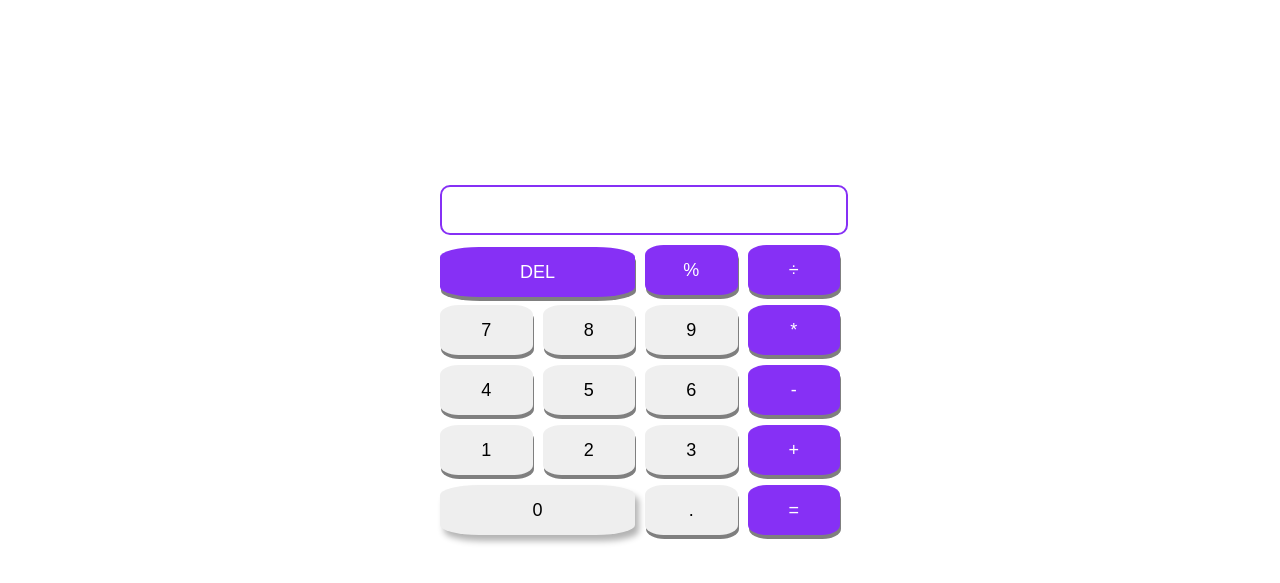
Repository: zlazlazla35/calculator
Page: /, after clicking the first element matching `button.sc-fhHczv`
These files come from the project's save history. The page is drawn as it stood at one moment and after the next save; the edit follows.
The browser window is 1280 px wide. The pictures show the whole page.
The project was rebuilt for these pictures with package versions that can differ from the ones it lists, and the page was loaded fresh each time.

Above is the page before, as saved 2024-10-15 16:13:12.

### public/index.html
<!DOCTYPE html>
<html lang="en">
  <head>
    <meta charset="utf-8" />
    <link rel="icon" href="%PUBLIC_URL%/favicon.png" />
    <meta name="viewport" content="width=device-width, initial-scale=1" />
    <meta name="theme-color" content="#000000" />
    <meta
      name="description"
      content="Web site created using create-react-app"
    />
    <link rel="apple-touch-icon" href="%PUBLIC_URL%/logo192.png" />
    <!--
      manifest.json provides metadata used when your web app is installed on a
      user's mobile device or desktop. See https://developers.google.com/web/fundamentals/web-app-manifest/
    -->
    <link rel="manifest" href="%PUBLIC_URL%/manifest.json" />
    <!--
      Notice the use of %PUBLIC_URL% in the tags above.
      It will be replaced with the URL of the `public` folder during the build.
      Only files inside the `public` folder can be referenced from the HTML.

      Unlike "/favicon.ico" or "favicon.ico", "%PUBLIC_URL%/favicon.ico" will
      work correctly both with client-side routing and a non-root public URL.
      Learn how to configure a non-root public URL by running `npm run build`.
    -->
    <title>계산기</title>
  </head>
  <body>
    <noscript>You need to enable JavaScript to run this app.</noscript>
    <div id="root"></div>
    <!--
      This HTML file is a template.
      If you open it directly in the browser, you will see an empty page.

      You can add webfonts, meta tags, or analytics to this file.
      The build step will place the bundled scripts into the <body> tag.

      To begin the development, run `npm start` or `yarn start`.
      To create a production bundle, use `npm run build` or `yarn build`.
    -->
  </body>
</html>

### src/App.js
import styled from "styled-components";
import './App.css';
import {  useEffect, useRef, useState } from 'react';

let Calculating = styled.div`
  width : 100%;
  margin : 0 auto;
`

let Btnbox = styled.div`
  width : 100%
  background-color: #fff;
  font-size : 18px;
  border-radius: 35%;
  display: grid;
  grid-template-columns: repeat(4, 1fr);
  gap : 10px 10px;
`

let Btn = styled.button`
  width : 100%;
  background-color: ${ props => props.bg };
  color : ${props =>  props.bg == '#8630f5' ? '#fff' :  '#000'  };
  font-size : 18px;
  border-radius: 20%;
  height : 50px;
  border: none;
  box-shadow: 1px 4px 0 rgb(0,0,0,0.5);
  transition-duration: 0.3s;
`

let ZeroBtn = styled.button`
  width : 100%;
  background-color: #eee;
  font-size : 18px;
  border-radius: 20%;
  height : 50px;
  border: none;
  box-shadow: 4px 6px 6px rgba(0, 0, 0, 0.3);
  grid-column: 1/3;
  transition-duration: 0.3s;
`




function App() {

  const [num, setNum] = useState("");
  const [afterNum, setAfterNum] = useState("");

  const [oper, setOper] = useState("");
  const [oper2, setOper2] = useState(false);
  const output = useRef();
  const active = `active`



  const getNum = (e)=>{
    if(oper2 == false){
      setNum( (prev) => prev + e.target.value );
    }

    if(oper2 == true){
      setAfterNum( (prev) => prev + e.target.value  )
    }

  }

  const getOper = (e)=>{
    setOper( () => e.target.value );
    setOper2(true);

      calResult();
      click(e.target )
  }


  const calResult = ()=>{
    switch(oper){
      case '+':
        let result = num
        result =  Number(num) + Number(afterNum)
        setNum(result);
        setAfterNum("")
        break;

      case '-':
        let result2 = num
        result2 =  Number(num) - Number(afterNum)
        setNum(result2)
        setAfterNum("")
        break;

      case '*':
        let result3 = num
        result3 =  Number(num) * Number(afterNum)
        setNum(result3)
        setAfterNum("")
        break;

      case '÷':
        let result4 = num
        result4 =  Number(num) / Number(afterNum)
        setNum(result4)
        setAfterNum("")
        break;

    }

  }


  useEffect(()=>{
    if(oper == "="){
      setOper("")
    }if(oper == "del"){
      setNum("");
      setAfterNum("");
      setOper("");
      setOper2(false);
      output.current.style.color = '#fff'
    }else{
            output.current.style.color = '#232323'
    }
  }, [oper])



  // useEffect(()=>{
  //   console.log(output.current)
  // }, [output])

  function click(a){
    a.classList.add(active);
    // console.log(a.classList.add(active))
  }


  return (
    <div className="App">
      <div className="contents">
        <Calculating>
            <input className="output" ref={output} value={ num + oper  + afterNum  }/>
          <Btnbox>
            {/* <Btn value='ac' onClick={getOper} bg="#8630f5">AC</Btn> */}
            <Btn value='del' style={{gridColumn : '1/3'}} onClick={getOper} bg="#8630f5">DEL</Btn>
            <Btn value='%' onClick={getOper} bg="#8630f5">%</Btn>
            <Btn value='÷' onClick={getOper} bg="#8630f5">÷</Btn>
            <Btn value={7} onClick={getNum}>7</Btn>
            <Btn value={8} onClick={getNum}>8</Btn>
            <Btn value={9} onClick={getNum}>9</Btn>
            <Btn value='*' onClick={getOper}  bg="#8630f5">*</Btn>
            <Btn value={4} onClick={getNum}>4</Btn>
            <Btn value={5} onClick={getNum}>5</Btn>
            <Btn value={6} onClick={getNum}>6</Btn>
            <Btn value='-'  onClick={getOper}  bg="#8630f5">-</Btn>
            <Btn value={1} onClick={getNum}>1</Btn>
            <Btn value={2} onClick={getNum}>2</Btn>
            <Btn value={3} onClick={getNum}>3</Btn>
            <Btn value="+"  onClick={getOper} bg="#8630f5">+</Btn>
            <ZeroBtn value={0} onClick={getNum}>0</ZeroBtn>
            <Btn value='.' onClick={getNum}>.</Btn>
            <Btn value='='  onClick={getOper} bg="#8630f5"> =</Btn>
          </Btnbox>
        </Calculating>
      </div>
    </div>
  );
}

export default App;

// 버튼 클릭시 그 버튼한테 active 클레스명 잠깐 붙였다가 떼어주기

### src/App.css
.App {
  text-align: center;
}

.App-logo {
  height: 40vmin;
  pointer-events: none;
}

@media (prefers-reduced-motion: no-preference) {
  .App-logo {
    animation: App-logo-spin infinite 20s linear;
  }
}

.App-header {
  background-color: #282c34;
  min-height: 100vh;
  display: flex;
  flex-direction: column;
  align-items: center;
  justify-content: center;
  font-size: calc(10px + 2vmin);
  color: white;
}

.App-link {
  color: #61dafb;
}

@keyframes App-logo-spin {
  from {
    transform: rotate(0deg);
  }
  to {
    transform: rotate(360deg);
  }
}
.App {width: 100%; height: 100vh; display: flex; align-items: center; justify-content: center;}
.contents {width: 100%; max-width: 400px; }
input {width: 100%; height: 44px; margin-bottom: 10px; border: 2px solid #8630f5; border-radius: 10px;}
input:focus {outline: #8630f5; }
.active {   box-shadow: 0px 0px 0 rgb(0,0,0,0.0);
  position: relative;
  top:2px;
}

Loaded but not shown: src/index.js (common file); src/index.css (common file); src/reportWebVitals.js (common file)

After the next save:
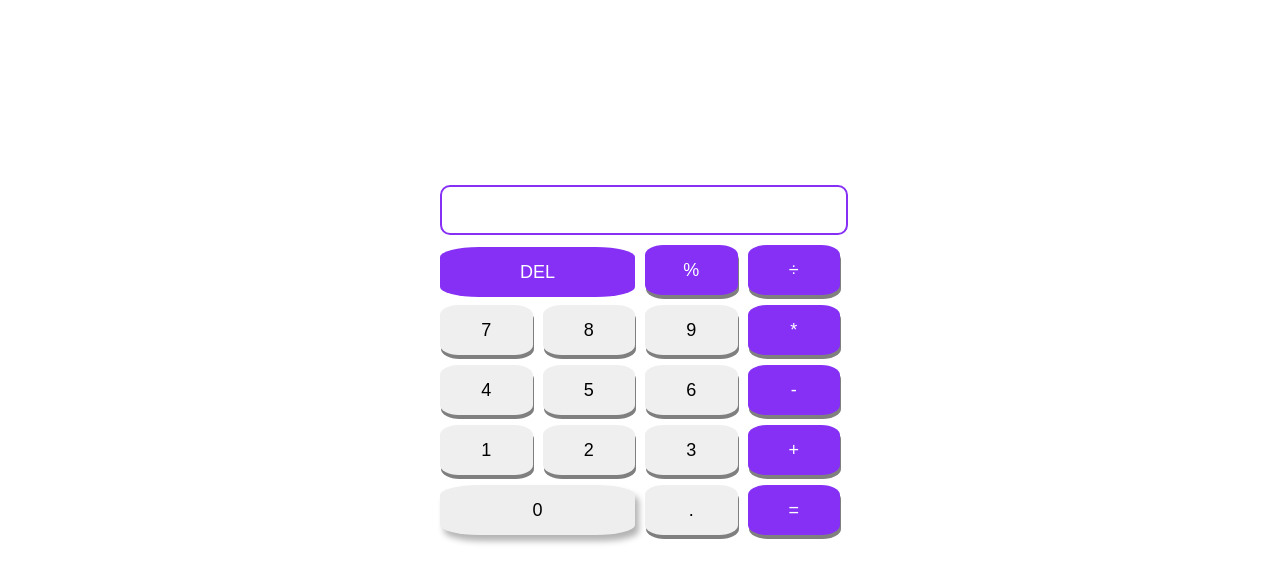
Saved 7 s later.
--- a/src/App.css
+++ b/src/App.css
@@ -40,7 +40,7 @@
 .contents {width: 100%; max-width: 400px; }
 input {width: 100%; height: 44px; margin-bottom: 10px; border: 2px solid #8630f5; border-radius: 10px;}
 input:focus {outline: #8630f5; }
-.active {   box-shadow: 0px 0px 0 rgb(0,0,0,0.0);
+.active {   box-shadow: 0px 0px 0 rgb(0,0,0,0.0) !important;
   position: relative;
   top:2px;
 }
